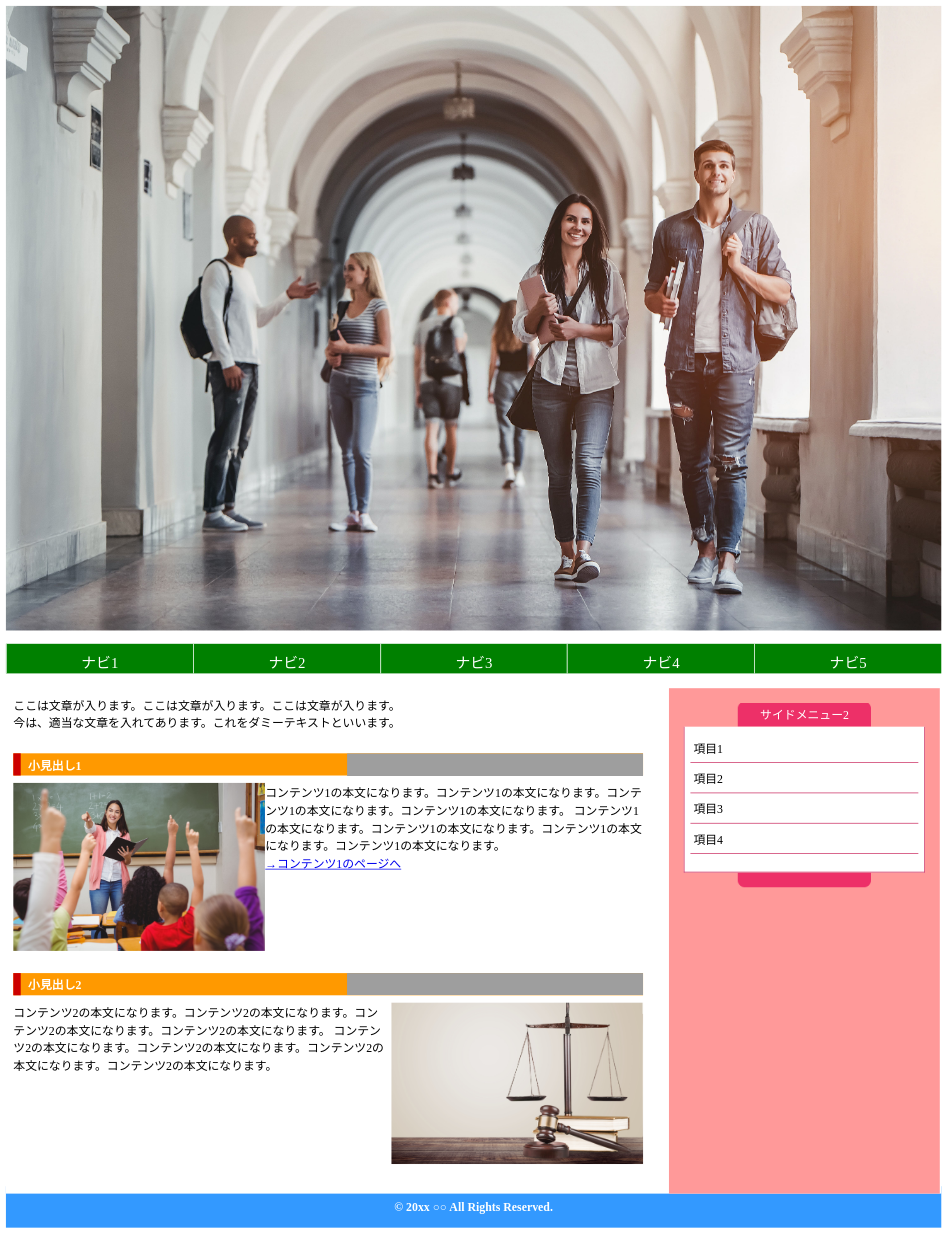
Repository: ossu0815/samurai_HTML_CSS
Page: New Folder/教材/home1.html
The author's editor kept a record of every edit. The page is drawn from the files as they stood at one moment, then again after the next edit.
The browser window is 1280 px wide. The pictures show the whole page, at 74% of full size.
Pictures or frames that could not be fetched are drawn as grey boxes.

Above is the page before.

### New Folder/教材/home1.html
<!DOCTYPE html>
<html lang="ja">
    <head>
        <meta charset="UTF-8">
        <title>HTML/CSSの学習</title>
        <link rel="stylesheet" href="stylesheet.css">
    </head>
    <body>
        <div id="header">
            <h1><a href="index.html"><img id="corridor" src="images/corridor.jpg" alt="大学の廊下" /></a></h1>
        </div>
        <div id="wrapper">
            <div id="nav">
                <ul>
                    <li><a href="home.html">ナビ1</a></li>
                    <li><a href="#">ナビ2</a></li>
                    <li><a href="#">ナビ3</a></li>
                    <li><a href="#">ナビ4</a></li>
                    <li><a href="#">ナビ5</a></li>
                </ul>
            </div>
            <div id="container">
                <div id="main">
                    <div class="post">
                        <p>ここは文章が入ります。ここは文章が入ります。ここは文章が入ります。<br />今は、適当な文章を入れてあります。これをダミーテキストといいます。</p>
                    </div>
                    <div class="post clearfix">
                        <h2>小見出し1</h2>
                        <img class="left" src="images/classroom.jpg" alt="授業風景" />
                        <p>
                            コンテンツ1の本文になります。コンテンツ1の本文になります。コンテンツ1の本文になります。コンテンツ1の本文になります。
                            コンテンツ1の本文になります。コンテンツ1の本文になります。コンテンツ1の本文になります。コンテンツ1の本文になります。
                        </p>
                        <p><a href="#">→コンテンツ1のページへ</a><p>
                    </div>
                    <div class="post clearfix">
                        <h2>小見出し2</h2>
                        <img class="right" src="images/scale.jpg" alt="天秤" />
                        <p>
                            コンテンツ2の本文になります。コンテンツ2の本文になります。コンテンツ2の本文になります。コンテンツ2の本文になります。
                            コンテンツ2の本文になります。コンテンツ2の本文になります。コンテンツ2の本文になります。コンテンツ2の本文になります。
                        </p>
                    </div>
                </div>
                 <div id="side">
                     <div class="box">
                         <h2>サイドメニュー2</h2>
                         <div class="boxBody">
                             <ul>
                                 <li>項目1</li>
                                 <li>項目2</li>
                                 <li>項目3</li>
                                 <li>項目4</li>
                             </ul>
                         </div>
                     </div>
                 </div>
            </div>
        </div>
        <div id="footer">
            <p>&copy; 20xx ○○ All Rights Reserved.</p>
        </div>
    </body>
</html>

### New Folder/教材/stylesheet.css
@charset "utf-8"

body {
    margin: 0;
    padding: 0;
    font-family: "ヒラギノ角ゴ　Pro W3","Hiragino kaku Gothic Pro", "メイリオ", Meirio, Osaka, "Ms Pゴシック", "MS PGothic", sans-serif;
    color: #333;
    font-size: 13px;
    line-height: 150%;
}

/*-------------------- wrapper--------------------*/
#wrapper {
    width: 100%;
    margin: auto;
    padding: 0px;
    border: 0px;
    background: #FFF;
    top: 10px;
    position: relative;
}

/*----------header----------*/
#header {
    width: 100%;
}
#header h1 {
    margin: 0;
    padding: 0;
}

#corridor {
    width: 100%;
    height: auto;
}

/*----------footer----------*/
#footer {
    clear: both;
    width: 100%;
    padding: 3px 0 3px 0;
    background: #39F;
    color: #FFF;
    font-weight: bold;
    text-align: center;
}

/*----------- nav ----------*/
#nav {
    width: 100px;
}
#nav ul {
    display: flex;
    margin: 0;
    padding: 0;
    list-style-type: none;
}
#nav ul li {
    width: 20%;
    text-align: center;
}
#nav ul li a {
    display: block;
    height: 20px;
    margin: 0;
    padding: 10px;
    color: #FFF;
    font-size: 20px;
    text-decoration: none;
    background-color: green;
    border-left: 1px solid white;
}

#nav ul li a:hover {
    filter: drop-shadow(10px 10px 10px black);
}

/*--------------------container--------------------*/
#container {
    width: 100%;
    margin: auto;
    padding-top: 20px;
    clear: both;
    display: grid;
    grid-template-columns: 70vw 30vw;
}
/*-------------------main-------------------*/
#main {
    width: 95%;
    padding: 10px 30px 10px 10px;
}
#main h2 {
    margin: 0 0 10px 0;
    padding: 3px 10px 3px 10px;
    color: #FFF;
    font-size: 16px;
    border-left: solid 10px #C00;
    background: #F90 url(../images/main_h2.jpg) right top repeat-y;
}
#main p {
    margin: 0;
    padding: 0;
}
#main .post {
    margin: 0 0 30px 0;
}

#main .post img.right {
    margin: 0 0 0 8px;
}

.right {
    float: right;
    width: 40%;
    height: auto;
}
.left {
    float: left;
    width: 40%;
    height: auto;
}

//*----------clearfix----------*/
.clearfix {
    zoom: 1;
}
.clearfix:after{
    content: "";
    display: block;
    clear: both;
}

/*---------------------side---------------------*/
#side {
 	 width: 85%;
 	 padding: 20px;
 	 background-color: #F99;
 }
 #side .box {
 	 margin: 0 auto 30px auto;
 	 padding: 0 0 20px 0;
 	 background: url(images/side_box.png) bottom no-repeat;
 }
 #side .box h2 {
 	 margin: 0;
 	 padding: 8px;
 	 text-align: center;
 	 color: #fff;
 	 font-size: 16px;
 	 line-height: 16px;
	 font-weight: normal;
 	 background: url(images/side_box_h2.png) center no-repeat;
 }
 #side .box .boxBody {
 	 padding: 8px;
 	 border-right: solid 1px #C36;
 	 border-bottom: solid 1px #C36;
 	 border-left: solid 1px #C36;
 	 background: #fff;
 }
 #side .box .boxBody ul {
 	 margin: 0 0 16px 0;
 	 padding: 0;
 }
 #side .box .boxBody ul li {
 	 padding: 8px 0 8px 4px;
 	 list-style: none;
 	 border-bottom: solid 1px #C36;
 }

 #side .box .boxBody ul li:hover {
     padding: 8px 0 8px 4px;
     list-style: none;
     border-bottom: solid 1px #C36;
     box-shadow: 0px 4px 4px rgba(0,0,0,0.3);
 }

After the next edit:
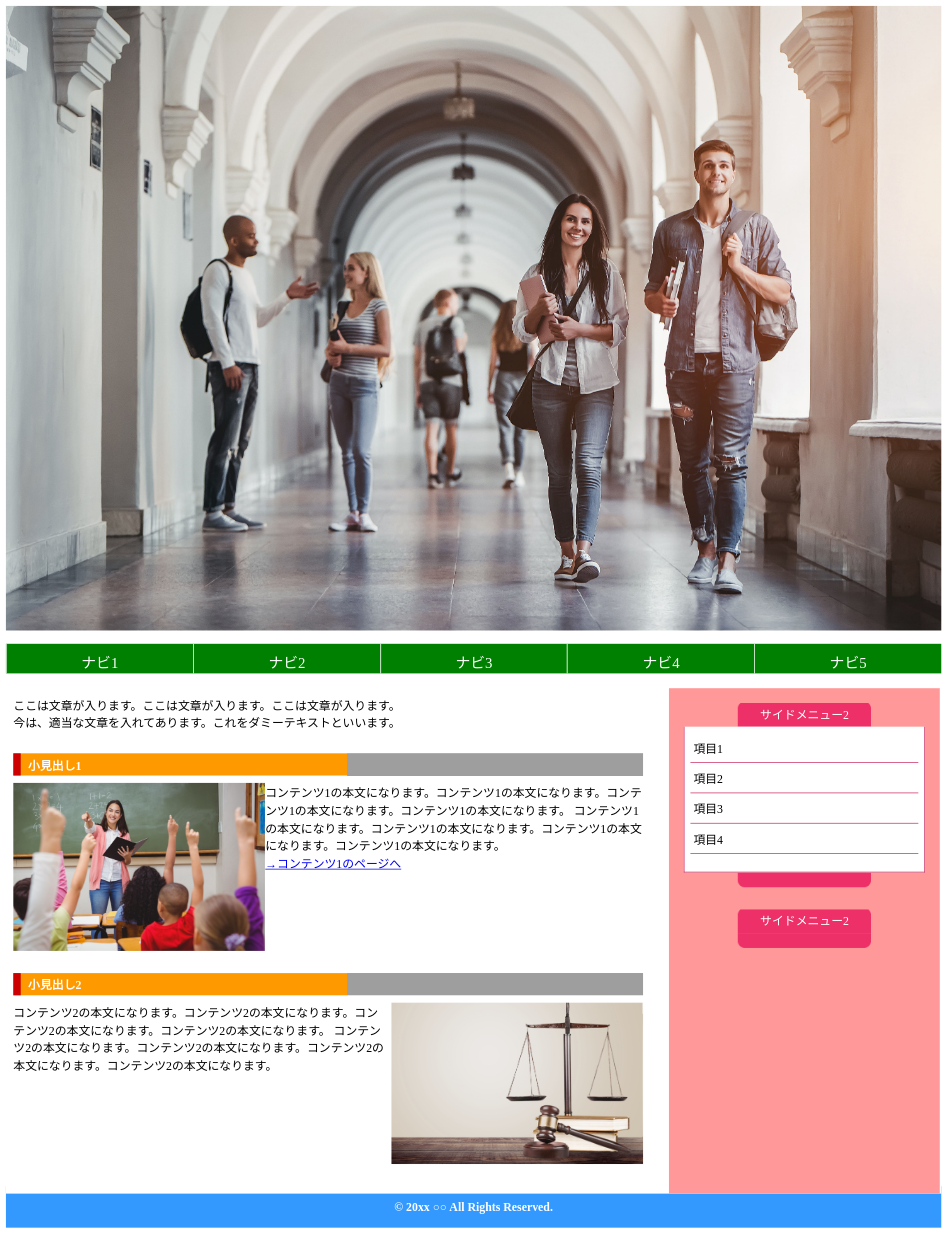
The edit:
--- a/New Folder/教材/home1.html
+++ b/New Folder/教材/home1.html
@@ -54,6 +54,9 @@
                              </ul>
                          </div>
                      </div>
+                     <div class="box">
+                         <h2>サイドメニュー2</h2>
+                     </div>
                  </div>
             </div>
         </div>
